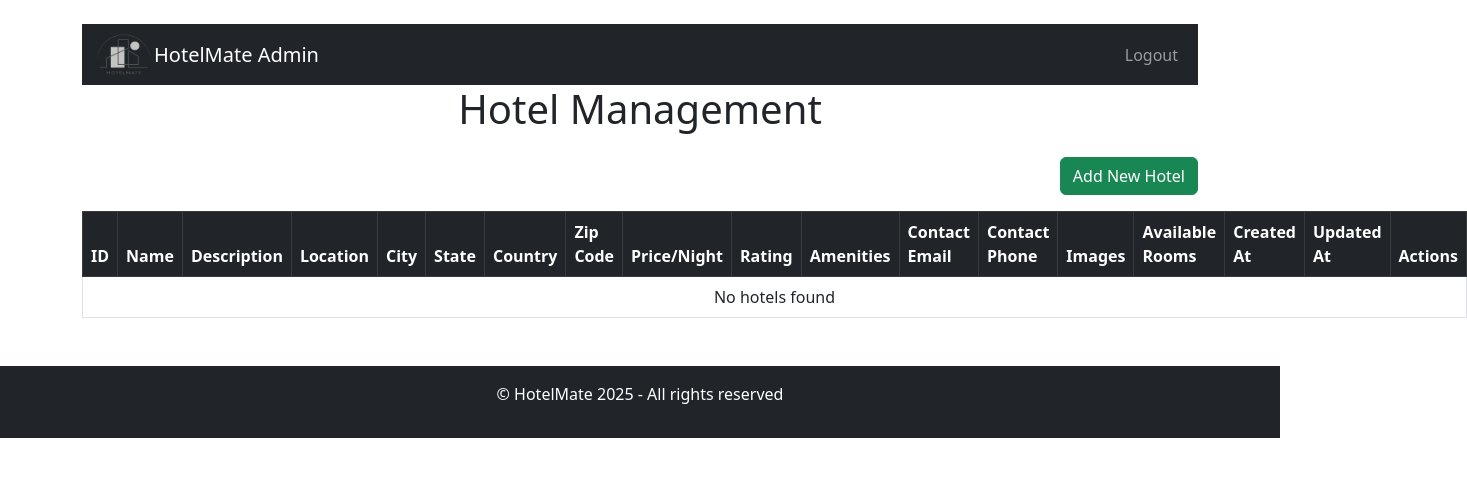
Repository: himanshu2k23/HoteMate
Page: http://localhost/HotelMate/WEB-INF/admin/hotels.jsp
The author's editor kept a copy of each file at every save. The page is drawn from the files as they stood at one save, then again after the next save.
The browser window is 1280 px wide. The page is 1467 px wide, so the pictures cover 1467 px, including what lies to the right of the window. The pictures show the whole page.
The page is served by Tomcat 10. Nobody is signed in. The template is opened directly, without the code that normally fills it, so the values that code supplies are empty.

Above is the page before, as saved 2025-01-18 20:01:05.

After the next save:
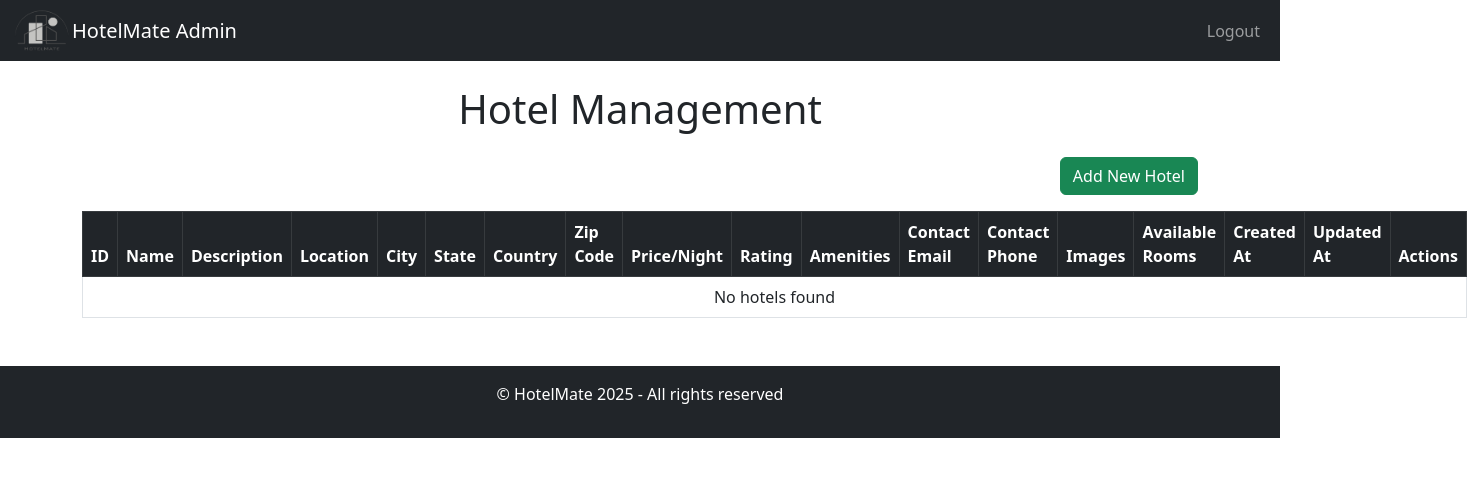
Saved 107 s later.
--- a/HotelMate/src/main/webapp/WEB-INF/admin/hotels.jsp
+++ b/HotelMate/src/main/webapp/WEB-INF/admin/hotels.jsp
@@ -8,27 +8,28 @@
 	href="https://cdn.jsdelivr.net/npm/bootstrap@5.3.0/dist/css/bootstrap.min.css">
 </head>
 <body>
+	<nav class="navbar navbar-expand-lg navbar-dark bg-dark">
+		<div class="container-fluid">
+			<img src="http://localhost:8080/HotelMate/Images/HotelmateLogo.png"
+				alt="HotelMate Logo" width="60" height="45" class="d-inline-block">
+			<a class="navbar-brand" href="#">HotelMate Admin</a>
+			<button class="navbar-toggler" type="button"
+				data-bs-toggle="collapse" data-bs-target="#navbarNav"
+				aria-controls="navbarNav" aria-expanded="false"
+				aria-label="Toggle navigation">
+				<span class="navbar-toggler-icon"></span>
+			</button>
+			<div class="collapse navbar-collapse" id="navbarNav">
+				<ul class="navbar-nav ms-auto">
+					<li class="nav-item"><a class="nav-link"
+						href="${pageContext.request.contextPath}/admin/logout">Logout</a>
+					</li>
+				</ul>
+			</div>
+		</div>
+	</nav>
 	<div class="container my-4">
-		<nav class="navbar navbar-expand-lg navbar-dark bg-dark">
-			<div class="container-fluid">
-				<img src="http://localhost:8080/HotelMate/Images/HotelmateLogo.png"
-					alt="HotelMate Logo" width="60" height="45" class="d-inline-block">
-				<a class="navbar-brand" href="#">HotelMate Admin</a>
-				<button class="navbar-toggler" type="button"
-					data-bs-toggle="collapse" data-bs-target="#navbarNav"
-					aria-controls="navbarNav" aria-expanded="false"
-					aria-label="Toggle navigation">
-					<span class="navbar-toggler-icon"></span>
-				</button>
-				<div class="collapse navbar-collapse" id="navbarNav">
-					<ul class="navbar-nav ms-auto">
-						<li class="nav-item"><a class="nav-link"
-							href="${pageContext.request.contextPath}/admin/logout">Logout</a>
-						</li>
-					</ul>
-				</div>
-			</div>
-		</nav>
+
 		<h1 class="text-center mb-4">Hotel Management</h1>
 
 		<%
